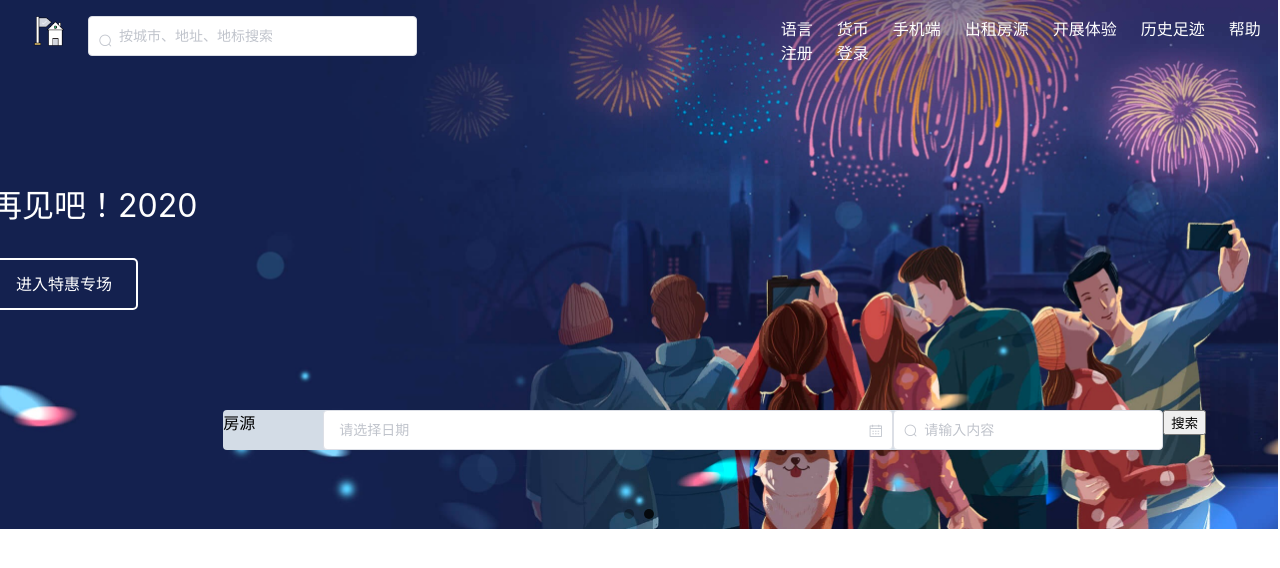
Repository: yz1181214391/my-airbnb
Page: /
An editor plug-in stored every save of this project. The page is shown before and after the next save, followed by the edit.
The browser window is 1280 px wide. The pictures show the whole page.
The project was rebuilt for these pictures with package versions that can differ from the ones it lists, and the page was loaded fresh each time. Also part of the build but not shown: src/views/Language.vue, src/views/Currency.vue, src/views/Enter.vue, src/views/Experience.vue, src/views/Help.vue, src/views/History.vue, src/views/Mobile.vue, src/views/Register.vue and 1 more.

Above is the page before, as saved 2020-12-14 13:47:45.

After the next save:
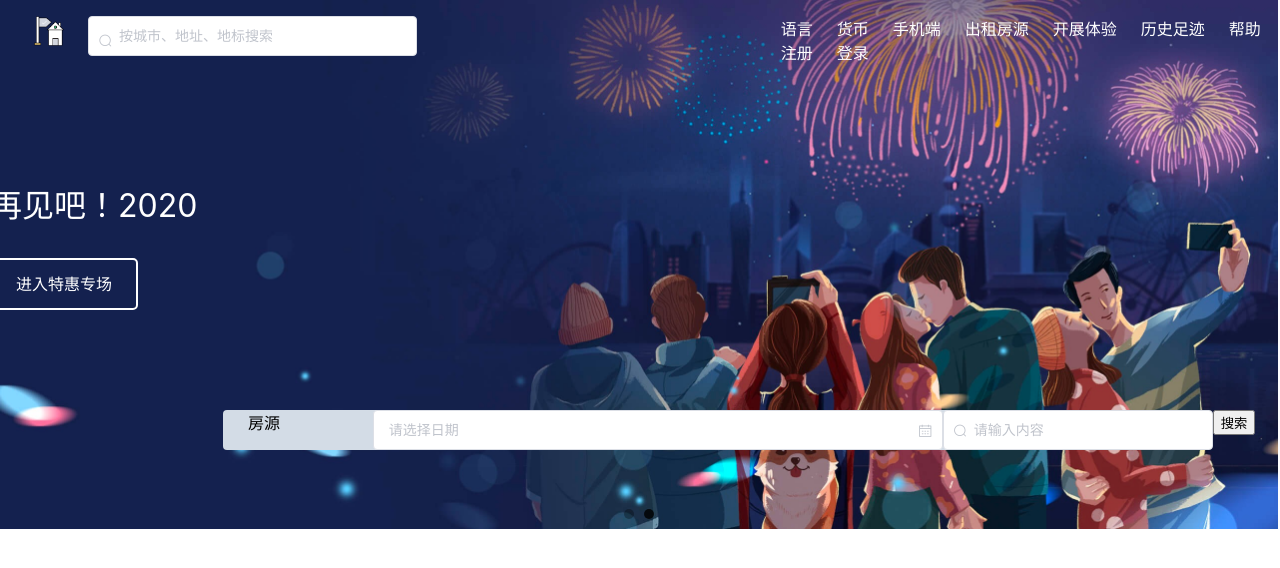
Saved 63 s later.
--- a/src/components/Header.vue
+++ b/src/components/Header.vue
@@ -34,7 +34,7 @@
         <el-col :span="16" :offset="4" >
           <div class="grid-content bg-purple1">
             <div class="demo-input-suffix" style="display:flex;width:1032px;height:72px;">
-              <div style="width:100px;height:100%;">房源</div>
+              <div style="width:100px;height:100%; margin:auto;">房源</div>
               <div style="width:570px;height:100%;">
                 <el-input
                   placeholder="请选择日期"

After the 2 saves that followed:
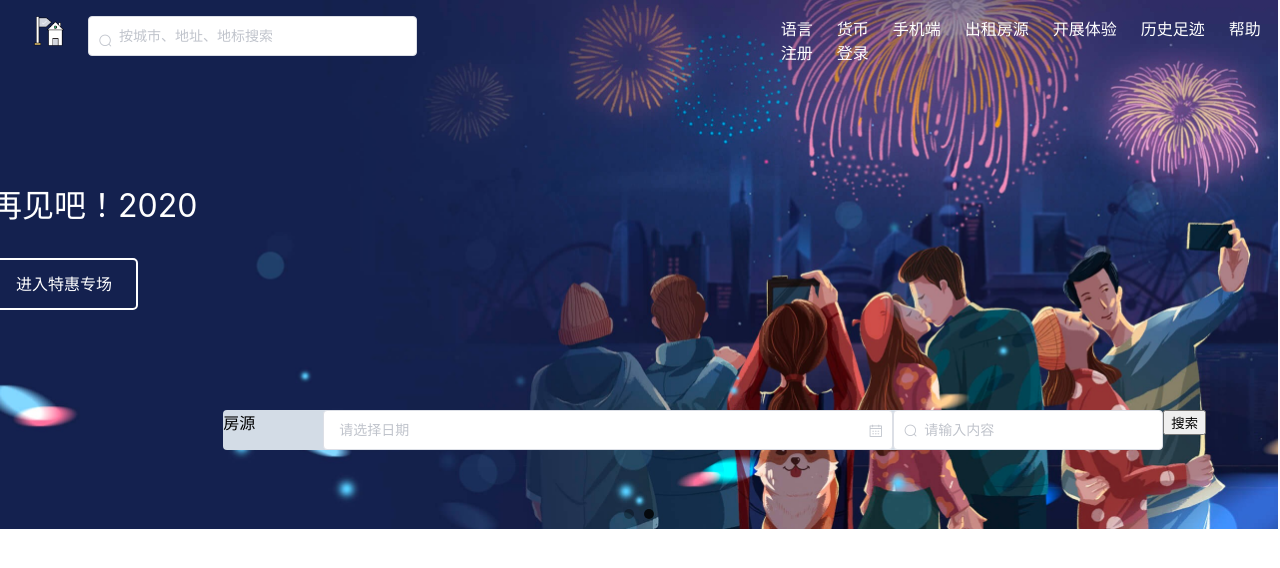
The 2 saves are shown as one change because 1 left the picture as it was.
The last was saved 30 s later.
--- a/src/components/Header.vue
+++ b/src/components/Header.vue
@@ -34,7 +34,7 @@
         <el-col :span="16" :offset="4" >
           <div class="grid-content bg-purple1">
             <div class="demo-input-suffix" style="display:flex;width:1032px;height:72px;">
-              <div style="width:100px;height:100%; margin:auto;">房源</div>
+              <div style="width:100px;height:100%;">房源</div>
               <div style="width:570px;height:100%;">
                 <el-input
                   placeholder="请选择日期"
